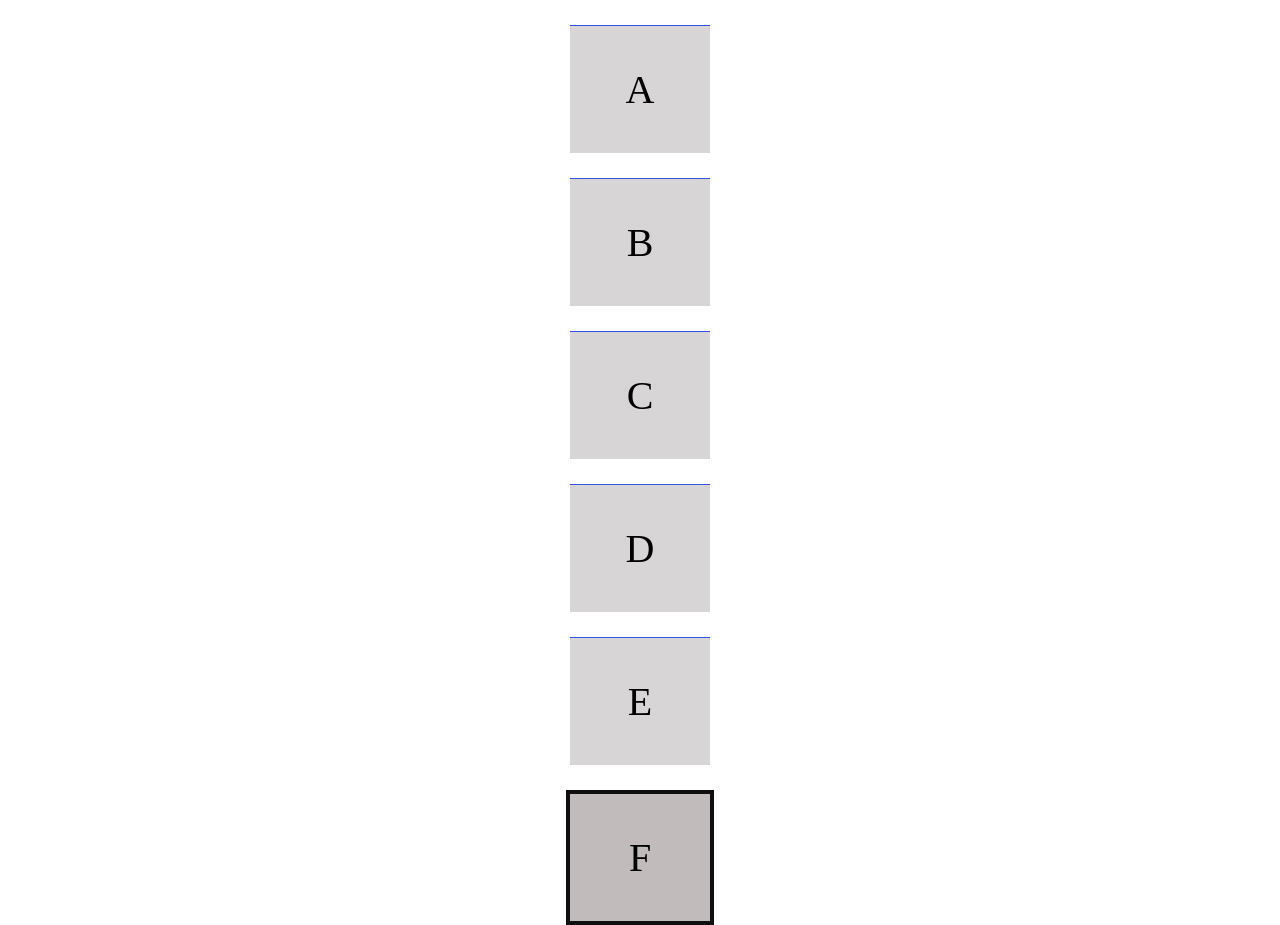
Repository: HoangDuy315/HW_TVK
Page: ex2/index.html
An editor plug-in stored every save of this project. The page is shown before and after the next save, followed by the edit.
The browser window is 1280 px wide. The pictures show the whole page.

Above is the page before, as saved 2022-10-10 20:52:56.

### ex2/index.html
<html lang="en">
  <head>
    <meta charset="UTF-8" />
    <meta http-equiv="X-UA-Compatible" content="IE=edge" />
    <meta name="viewport" content="width=device-width, initial-scale=1.0" />
    <link rel="stylesheet" href="styleA.css" />
    <title>"CS142Project #1."</title>
  </head>
  <body>
    <div class="ex1"></div>
    <div class="square">
      <p class="a">A</p>
    </div>
    <div class="square">
      <p class="b">B</p>
    </div>
    <div class="square">
      <p class="c">C</p>
    </div>
    <div class="square">
      <p class="d">D</p>
    </div>
    <div class="square">
      <p class="e">E</p>
    </div>
    <div class="squares">
      <p class="f">F</p>
    </div>
  </body>
</html>

### ex2/styleA.css
body {
  flex-direction: column;
  margin: auto;
  display: flex;
  align-items: center;
  font-size: 22px;
}

.square {
  margin: auto;
  min-height: 100px;
  min-width: 140px;
  border-top: 1px solid rgb(47, 85, 235);
  background-color: rgb(215, 213, 213);
  margin-top: 25px;
}

.a {
  font-size: 40px;
  text-align: center;
}
.b {
  font-size: 40px;
  text-align: center;
}

.c {
  font-size: 40px;
  text-align: center;
}

.d {
  font-size: 40px;
  text-align: center;
}

.e {
  font-size: 40px;
  text-align: center;
}

.f {
  font-size: 40px;
  text-align: center;
}

.squares {
  margin: auto;
  min-height: 100px;
  min-width: 140px;
  border: 4px solid rgb(15, 15, 16);
  background-color: rgb(193, 187, 187);
  margin-top: 25px;
}

After the next save:
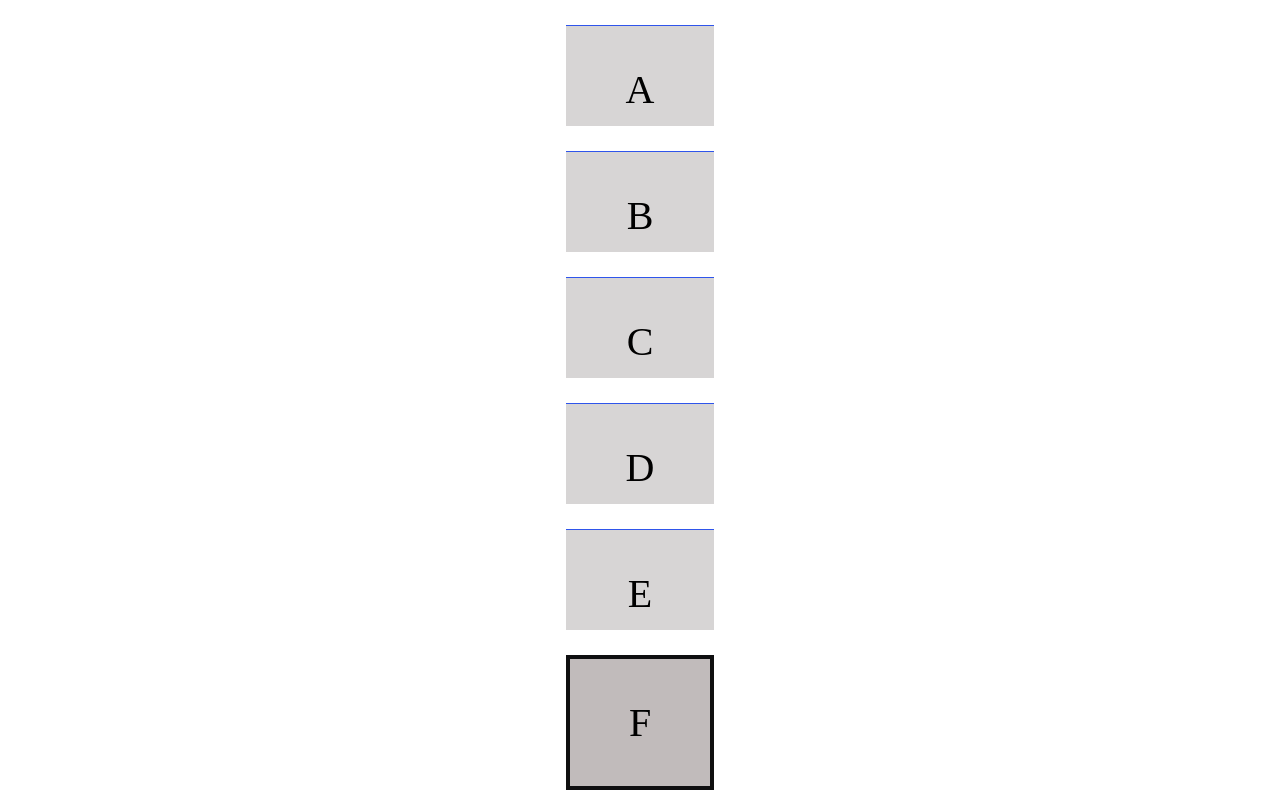
Saved 23 s later.
--- a/ex2/index.html
+++ b/ex2/index.html
@@ -7,24 +7,25 @@
     <title>"CS142Project #1."</title>
   </head>
   <body>
-    <div class="ex1"></div>
-    <div class="square">
-      <p class="a">A</p>
-    </div>
-    <div class="square">
-      <p class="b">B</p>
-    </div>
-    <div class="square">
-      <p class="c">C</p>
-    </div>
-    <div class="square">
-      <p class="d">D</p>
-    </div>
-    <div class="square">
-      <p class="e">E</p>
-    </div>
-    <div class="squares">
-      <p class="f">F</p>
+    <div class="ex1">
+      <div class="square">
+        <p class="a">A</p>
+      </div>
+      <div class="square">
+        <p class="b">B</p>
+      </div>
+      <div class="square">
+        <p class="c">C</p>
+      </div>
+      <div class="square">
+        <p class="d">D</p>
+      </div>
+      <div class="square">
+        <p class="e">E</p>
+      </div>
+      <div class="squares">
+        <p class="f">F</p>
+      </div>
     </div>
   </body>
 </html>
